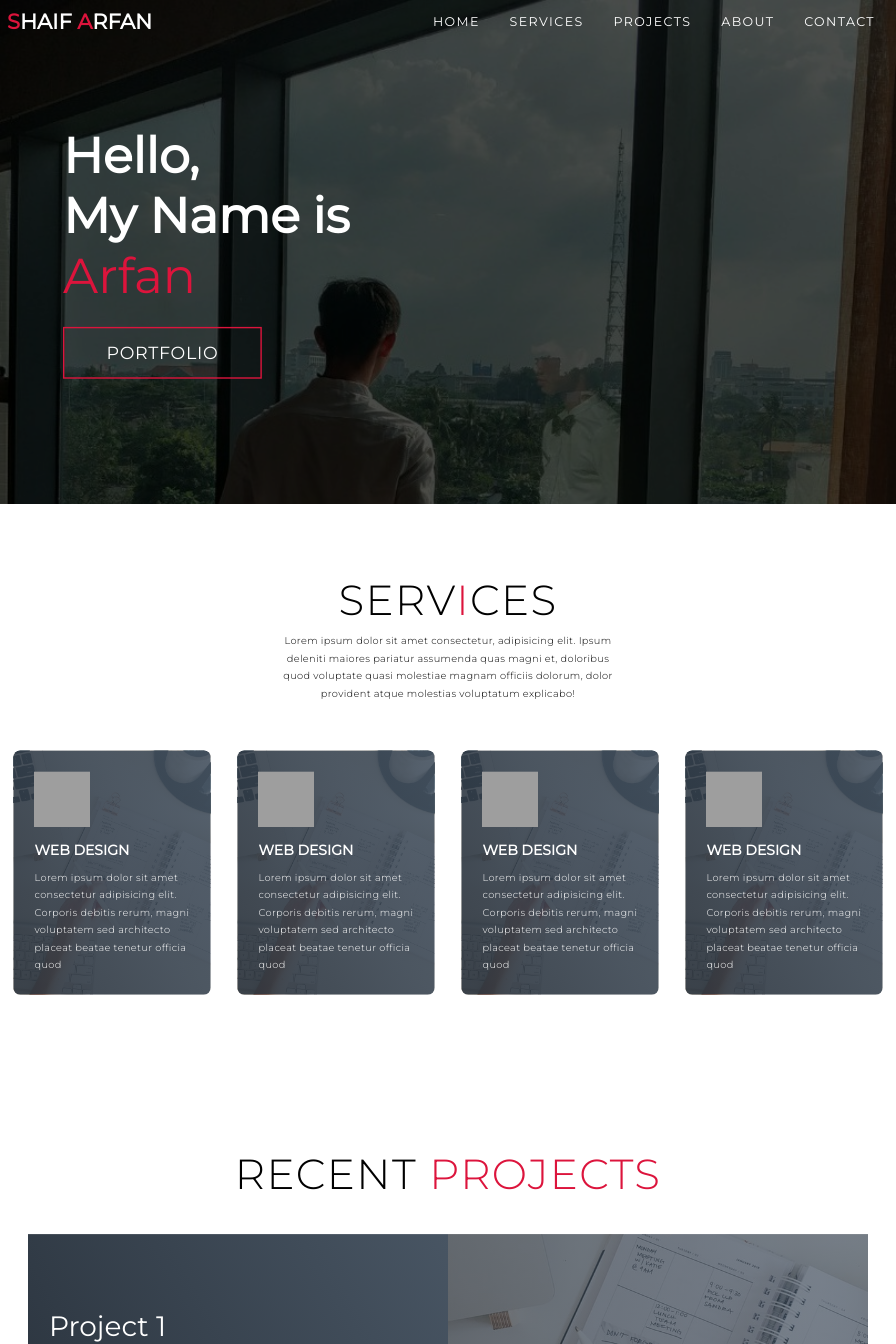
Repository: TruongLe2k0605/OnePage
Page: index.html
These files come from the project's save history. The page is drawn as it stood at one moment and after the next save; the edit follows.
The browser window is 1280 px wide. The pictures show the part of the page from y = 0 to 1920 px (the page is 5552 px tall), at 70% of full size.
Pictures or frames that could not be fetched are drawn as grey boxes.

Above is the page before, as saved 2022-03-28 15:01:22.

After the next save:
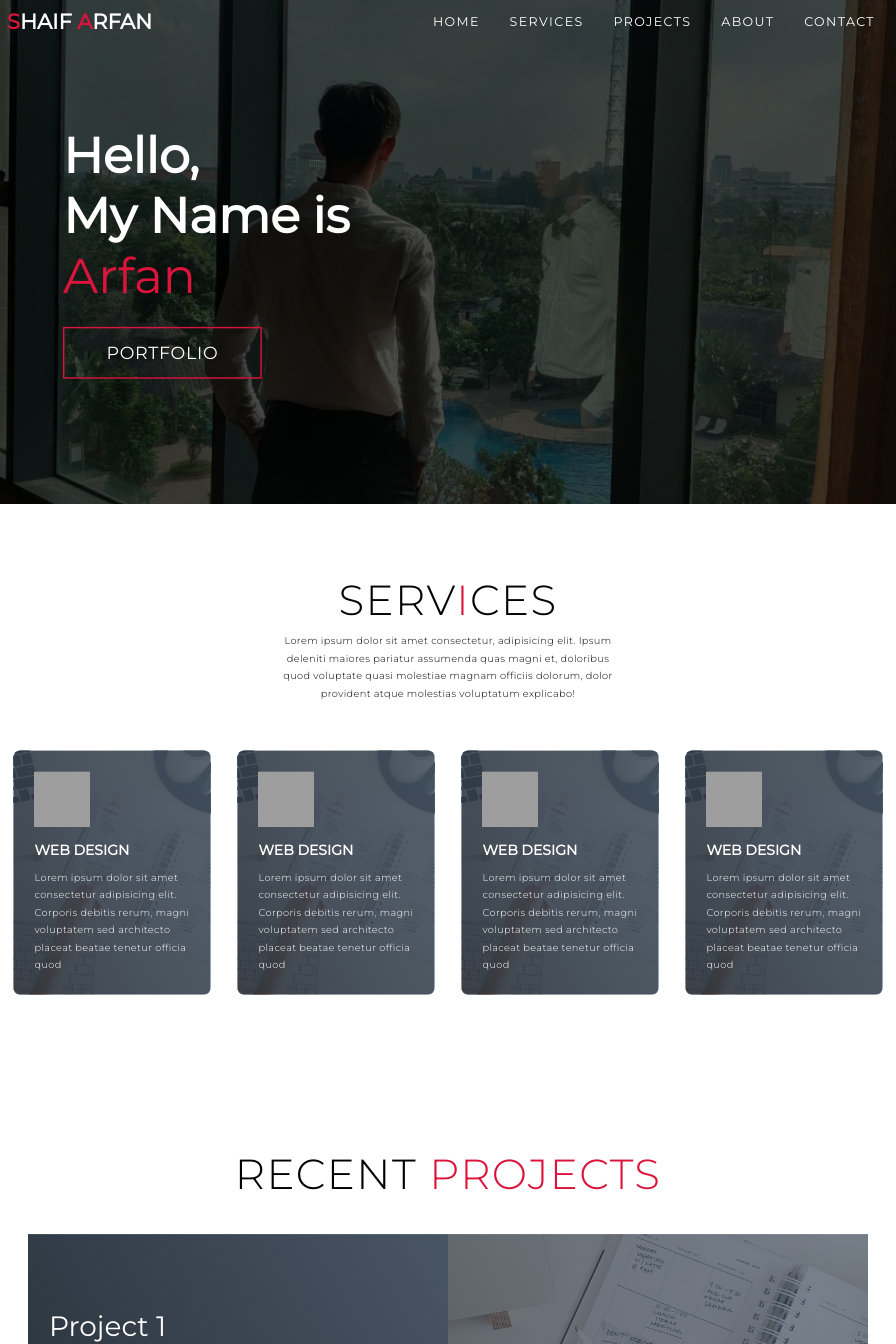
Saved 44 s later.
--- a/style.css
+++ b/style.css
@@ -202,7 +202,7 @@ p {
 #hero {
 	background-image: url(./img/truong.jpg);
 	background-size: cover;
-	background-position: top center;
+	background-position: center center;
 	position: relative;
 	z-index: 1;
 }
